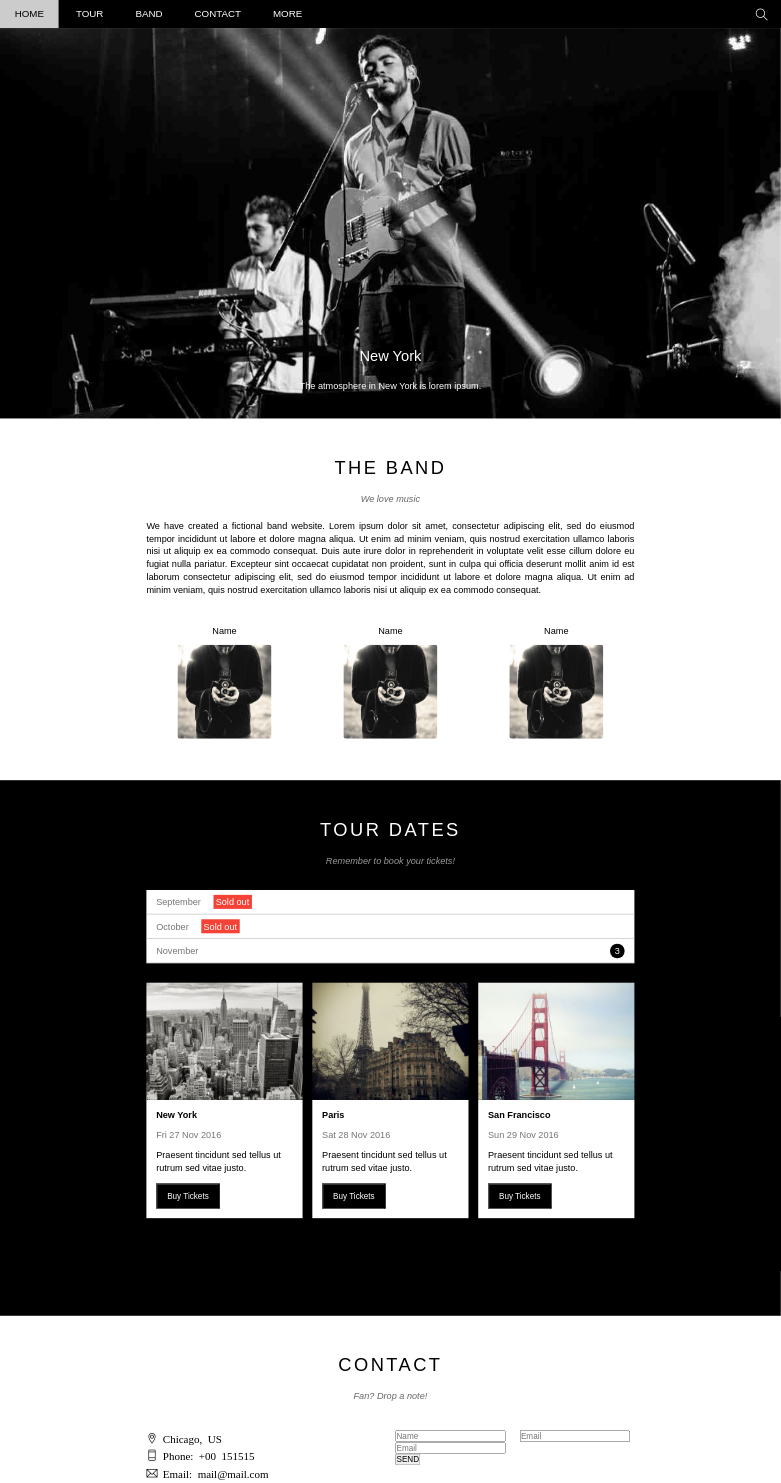
Repository: duyhung0311/band_music
Page: index.html
These files come from the project's save history. The page is drawn as it stood at one moment and after the next save; the edit follows.
The browser window is 1280 px wide. The pictures show the whole page, at 61% of full size.

Above is the page before, as saved 2021-08-15 12:30:18.

### index.html
<!DOCTYPE html>
<html lang="en">
  <head>
    <meta charset="UTF-8" />
    <meta http-equiv="X-UA-Compatible" content="IE=edge" />
    <meta name="viewport" content="width=device-width, initial-scale=1.0" />
    <title>Document</title>
    <link rel="stylesheet" href="assets/css/style.css" />
    <link
      rel="stylesheet"
      href="./assets/fonts/themify-icons/themify-icons.css"
    />
  </head>
  <body>
    <div id="main">
      <div id="header">
        <!--#ul>li*5>a  -->
        <!-- Begin : Nav -->
        <ul id="nav">
          <li><a href="">Home</a></li>
          <li><a href="">Tour</a></li>
          <li><a href="">Band</a></li>
          <li><a href="">Contact</a></li>
          <li>
            <a href="">
              More
              <i class="nav-arrow-down ti-angle-dow"></i>
            </a>
            <ul class="subnav">
              <li><a href="">Merchandise</a></li>
              <li><a href="">Extras</a></li>
              <li><a href="">Media</a></li>
            </ul>
          </li>
        </ul>
        <!-- End : Nav -->

        <!-- Begin :Search button -->
        <div class="search-btn">
          <i class="search-icon ti-search"></i>
        </div>
        <!-- End :Search button -->
      </div>

      <div id="slider">
        <div class="text-content">
          <h2 class="text-heading">New York</h2>
          <div class="text-description">
            The atmosphere in New York is lorem ipsum.
          </div>
        </div>
      </div>

      <div id="content">
        <!-- About section -->
        <div class="content-section">
          <h2 class="section-heading">THE BAND</h2>
          <p class="section-sub-heading">We love music</p>
          <p class="about-content">
            We have created a fictional band website. Lorem ipsum dolor sit
            amet, consectetur adipiscing elit, sed do eiusmod tempor incididunt
            ut labore et dolore magna aliqua. Ut enim ad minim veniam, quis
            nostrud exercitation ullamco laboris nisi ut aliquip ex ea commodo
            consequat. Duis aute irure dolor in reprehenderit in voluptate velit
            esse cillum dolore eu fugiat nulla pariatur. Excepteur sint occaecat
            cupidatat non proident, sunt in culpa qui officia deserunt mollit
            anim id est laborum consectetur adipiscing elit, sed do eiusmod
            tempor incididunt ut labore et dolore magna aliqua. Ut enim ad minim
            veniam, quis nostrud exercitation ullamco laboris nisi ut aliquip ex
            ea commodo consequat.
          </p>

          <div class="row members-list">
            <div class="col col-third text-center">
              <p class="member-name">Name</p>
              <img
                src="./assets/img/ban/member1.jpg"
                alt=""
                class="member-avatar"
              />
            </div>

            <div class="col col-third text-center">
              <p class="member-name">Name</p>
              <img
                src="./assets/img/ban/member1.jpg"
                alt=""
                class="member-avatar"
              />
            </div>

            <div class="col col-third text-center">
              <p class="member-name">Name</p>
              <img
                src="./assets/img/ban/member1.jpg"
                alt=""
                class="member-avatar"
              />
            </div>

            <div class="clear"></div>
          </div>
        </div>

        <!-- Tour section -->
        <div class="tour-section">
          <div class="content-section">
            <h2 class="section-heading text-white">TOUR DATES</h2>
            <p class="section-sub-heading text-white">
              Remember to book your tickets!
            </p>

            <!-- Ticket list -->
            <ul class="ticket-list">
              <li>September <span class="sold-out">Sold out</span></li>
              <li>October <span class="sold-out">Sold out</span></li>
              <li>November <span class="quantity">3</span></li>
            </ul>

            <!-- Place list -->
            <div class="row places-list">
              <div class="col col-third">
                <img
                  src="./assets//img/place/place1.jpg"
                  alt="New York"
                  class="place-img"
                />
                <div class="place-body">
                  <h3 class="place-heading">New York</h3>
                  <p class="place-time">Fri 27 Nov 2016</p>
                  <p class="place-description">
                    Praesent tincidunt sed tellus ut rutrum sed vitae justo.
                  </p>
                  <button class="place-buy-btn js-buy-ticket">
                    Buy Tickets
                  </button>
                </div>
              </div>

              <div class="col col-third">
                <img
                  src="./assets//img/place/place2.jpg"
                  alt="Paris"
                  class="place-img"
                />
                <div class="place-body">
                  <h3 class="place-heading">Paris</h3>
                  <p class="place-time">Sat 28 Nov 2016</p>
                  <p class="place-description">
                    Praesent tincidunt sed tellus ut rutrum sed vitae justo.
                  </p>
                  <button class="place-buy-btn js-buy-ticket">
                    Buy Tickets
                  </button>
                </div>
              </div>
              <div class="col col-third">
                <img
                  src="./assets//img/place/place3.jpg"
                  alt="San Francisco"
                  class="place-img"
                />
                <div class="place-body">
                  <h3 class="place-heading">San Francisco</h3>
                  <p class="place-time">Sun 29 Nov 2016</p>
                  <p class="place-description">
                    Praesent tincidunt sed tellus ut rutrum sed vitae justo.
                  </p>
                  <button class="place-buy-btn js-buy-ticket">
                    Buy Tickets
                  </button>
                </div>
              </div>
              <div class="clear"></div>
            </div>
          </div>
        </div>

        <!-- Tour section -->
        <div class="content-section">
          <h2 class="section-heading">CONTACT</h2>
          <p class="section-sub-heading">Fan? Drop a note!</p>
          <div class="row contact-content">
            <div class="col col-half contact-info">
              <p><i class="ti-location-pin"> Chicago, US </i></p>
              <p><i class="ti-mobile"> Phone: +00 151515 </i></p>
              <p><i class="ti-email"> Email: mail@mail.com </i></p>
            </div>
            <div class="col col-half  contact-form">
              <form action="">
                <div class="row">
                  <div class="col col-half">
                    <input
                      type="text"
                      name=""
                      id=""
                      placeholder="Name"
                      class="form-control"
                    />
                  </div>
                  <div class="col col-half">
                    <input
                      type="email"
                      name=""
                      id=""
                      placeholder="Email"
                      class="form-control"
                    />
                  </div>
                </div>
                <div class="row">
                   <div class="col col-full">
                    <input
                      type="email"
                      name=""
                      id=""
                      placeholder="Email"
                      class="form-control"
                    />
                  </div>
                </div>
                <input type="submit" value="SEND">
              </form>
            </div>
          </div>
        </div>
      </div>

      <div id="footer"></div>
    </div>
    <div class="modal js-modal">
      <div class="modal-container js-modal-container">
        <div class="modal-close js-modal-close">
          <i class="ti-close"></i>
        </div>
        <header class="modal-header">
          <i class="modal-heading-icon ti-bag"></i>
          Tickets
        </header>
        <div class="modal-body">
          <label for="ticket-quantity" class="modal-label">
            <i class="ti-shopping-cart"></i>
            Tickets, $15 per person
          </label>
          <input
            id="quantity"
            type="text"
            placeholder="How many?"
            class="modal-input"
          />

          <label for="email" class="modal-label">
            <i class="ti-user"></i>
            Send To
          </label>
          <input
            id="email"
            type="text"
            placeholder="Email"
            class="modal-input"
          />
          <button id="buy-tickets">Pay <i class="ti-check"></i></button>
        </div>
        <footer class="modal-footer">
          <p class="modal-help">Need <a href="">help?</a></p>
        </footer>
      </div>
    </div>
    <script>
      const buyBtns = document.querySelectorAll(".js-buy-ticket");
      const modal = document.querySelector(".modal");
      const modalClose = document.querySelector(".js-modal-close");
      const modalContainer = document.querySelector(".js-modal-container");
      // Hàm hiển thị modal
      function showBuyTickets() {
        modal.classList.add("open");
      }
      // Hàm ẩn đi modal mua vé
      function showCloseTickets() {
        modal.classList.remove("open");
      }
      for (const buyBtn of buyBtns) {
        buyBtn.addEventListener("click", showBuyTickets);
      }
      modalClose.addEventListener("click", showCloseTickets);
      modal.addEventListener("click", showCloseTickets);
      modalContainer.addEventListener("click", function (event) {
        event.stopPropagation();
      });
    </script>
  </body>
</html>

### assets/css/style.css
/*Reset CSS*/
* {
  padding: 0;
  margin: 0;
  box-sizing: border-box;
}
html {
  font-family: Arial, Helvetica, sans-serif;
}
/*
    1. Từ ngoài vào trong
    2. Từ trên xuống dưới
    3. Từ tổng quan đến chi tiết
*/
/*
    1. Vị trí
    2. Kích thước (width height)
    3. Màu sắc
    4. Kiểu dáng (kiểu chữ, hình tròn, vuông, ....)
*/
.clear{
    clear: both;
}
.text-center {
    text-align: center !important;
}
.text-white {
    color: #fff !important;
}

#main {
}
#header {
  position: fixed;
  top: 0;
  left: 0;
  right: 0;
  z-index: 1;
  height: 46px;
  background-color: #000;
}

#nav {
  display: inline-block;
}

/* cách bỏ dấu chấm đầu dòng của thằng ul */
#nav,
.subnav {
  list-style-type: none;
}

#nav > li {
  display: inline-block;
}
#nav li {
  /* inline là trên 1 hàng block giữ lại kích thước khối */
  position: relative;
}

#nav > li > a {
  color: #fff;
  text-transform: uppercase;
}

#nav li a {
  text-decoration: none;
  line-height: 46px;
  padding: 0 24px;
  display: block;
  /* inline k tính chiều cao và chiều rộng được */
}

#nav li:hover .subnav {
  display: block;
}

#nav > li:hover > a,
#nav .subnav li:hover a {
  color: #000;
  background-color: #ccc;
}

#nav .subnav {
  display: none;
  min-width: 160px;
  position: absolute;
  top: 100%;
  /* top = 100% là nó lấy chính chiều cao
    100% của chính nó */
  left: 0;
  background-color: #fff;
  box-shadow: 0 0 10px rgba(0, 0, 0, 0.3);
}

#nav .subnav a {
  color: #000;
  padding: 0 12px;
  line-height: 38px;
}

#nav .nav-arrow-down {
  font-size: 14px;
}

#header .search-btn {
  float: right;
  padding: 0 21px;
  cursor: pointer;
}

#header .search-btn:hover {
  background-color: #f44336;
}

#header .search-icon {
  color: #fff;
  font-size: 20px;
  line-height: 46px;
}

#slider {
    position: relative;
    margin-top: 46px;
    padding-top: 50%;
    background:url('./../img/slider/slider1.jpg') top center / cover no-repeat;
}
#slider .text-content   {
    position: absolute;
    bottom: 46px;
    left: 50%;
    color: #fff;
    transform: translateX(-50%);
    text-align: center;
}

#slider .text-heading   {
    font-weight: 500;
    font-size: 24px;
}

#slider .text-description   {
    font-size: 15px;
    margin-top: 25px;
}

#content {

}

#content .content-section{
    width: 800px;
    margin: 0 auto;
    padding: 64px 0;
}

#content .section-heading {
    font-size: 30px;
    font-weight: 500;
    letter-spacing: 4px;
}

#content .section-sub-heading,
#content .about-content {
    margin-top: 25px;
    font-size: 15px;
}

#content .section-heading,
#content .section-sub-heading {
    text-align: center;
}

#content .section-sub-heading {
    font-style: italic;
    opacity: 0.6;
}

#content .about-content {
    text-align: justify;
    line-height: 1.4;
}

#content .members-list {
    margin-top: 48px;
    /* overflow: hidden; */
}

#content .member-item {
    text-align: center;
}

#content .member-name {
    font-size: 15px;
}

#content .member-avatar {
    width: 154px;
    margin-top:15px;
    border-radius: 4px;
}
/* Tour section */
.tour-section {
    background: #000;
}

.ticket-list li {
    color: #757575;
    font-size: 15px;
    padding: 11px 16px;
    border-bottom: 1px solid #bbb;
    list-style-type: none;
}

.ticket-list {
    background:#fff;
    margin-top: 40px;
}


.ticket-list .sold-out {
    color: #fff;
    background: #f44336;
    padding: 3px 4px;
    margin-left: 16px;
}

.ticket-list .quantity {
    float: right;
    margin-top: -3px;
    width: 24px;
    height: 24px;
    background:#000;
    color: #fff;
    border-radius: 50%;
    text-align: center;
    line-height: 24px;
}
.places-list{
    margin-top: 32px;
    margin-bottom: 48px;
    padding-bottom: 48px;
}

/* .places-list .place-item{ */
    /* float: left;
    padding: 0 8px; */
    /* width: calc(100%/3); */
/* } */
.places-list .place-img{
    width: 100%;
    display: block;
}
.places-list .place-img:hover{
    opacity: 0.6;
}
.places-list .place-body{
    padding: 16px;
    background-color: #fff;
    font-size: 15px;
}
.place-body .place-heading{
    font-size: 15px;
    font-weight:600;
}
.place-body .place-time{
    margin-top: 15px;
    color: #757575;
}
.place-body .place-description{
    margin-top: 15px;
    line-height: 1.4;
}
.place-body .place-buy-btn{
    color: #fff;
    background :#000;
    text-decoration: none;
    padding:11px 16px;
    display: inline-block;
    margin-top: 15px;
}
.place-body .place-buy-btn:hover{
    color: #000;
    background: #ccc;
}
/* Footer section */
#footer {
}
.modal{
    position: fixed;
    top: 0;
    bottom: 0;
    left: 0;
    right: 0;
    background: rgba(0,0,0,0.3);
    display: none;
    align-items: center;
    justify-content: center;
}
.modal.open {
    display: flex;
}
.modal .modal-container {
    background: #fff;
    width: 900px;
    min-height: 200px;
    max-width: calc(100% - 32px);
    animation: modalFadeIn ease-in .5s;
}
.modal .modal-header{
    background: #009688;
    height: 130px;
    display: flex;
    align-items: center;
    justify-content: center;
    font-size: 30px;
    color: #fff;
}
.modal-header .modal-heading-icon {
    margin-right: 16px;
}
.modal .modal-container {
    position: relative;
}
.modal-container .modal-close {
    position: absolute;
    top: 0;
    right: 0;
    padding: 12px;
    cursor: pointer;
    opacity: 0.9;
}
.modal-container .modal-close:hover {
    opacity: 1;
}
.modal-container .modal-body {
    padding: 16px;
}
.modal-body .modal-label {
    display: block;
    font-size: 15px;
    margin-bottom: 12px;
}
.modal-body .modal-input {
    border:1px solid #ccc;
    width: 100%;
    padding: 10px;
    font-size: 15px;
    margin-bottom: 24px;
}
.modal-body #buy-tickets{
      background: #009688;
      border: none;
      color:#fff;
      width: 100%;
      text-transform: uppercase;
      padding:18px;
      cursor: pointer;
}
.modal-body #buy-tickets:hover {
    opacity: 0.9;
}
.modal-footer{
    padding: 16px;
    text-align: right;
}
.modal-footer a {
    color: #2196f3;
}
.row {
    margin-left: -8px;
    margin-right: -8px;
}
.col {
    padding-left: 8px;
    padding-right: 8px;
    float: left;
}
.col-third {
    width:calc(100% / 3)
}
.col-half {
    width:50%;
}
.col-full {
    width:100%;
}
.contact-content{
    margin-top: 48px;
}
.contact-info {
    font-size: 18px;
    line-height: 1.6;
}
.contact-info i[class*="ti-"]  {
    width: 30px;
}
.contact-form{
    font-size: 15px;
}
@keyframes modalFadeIn {
    from {
        transform: translateY(-140px);
        opacity: 0;
    }
    to {
        transform: translateY(0);
        opacity: 1;
    }
}

Loaded but not shown: assets/fonts/themify-icons/themify-icons.css (common file)

After the next save:
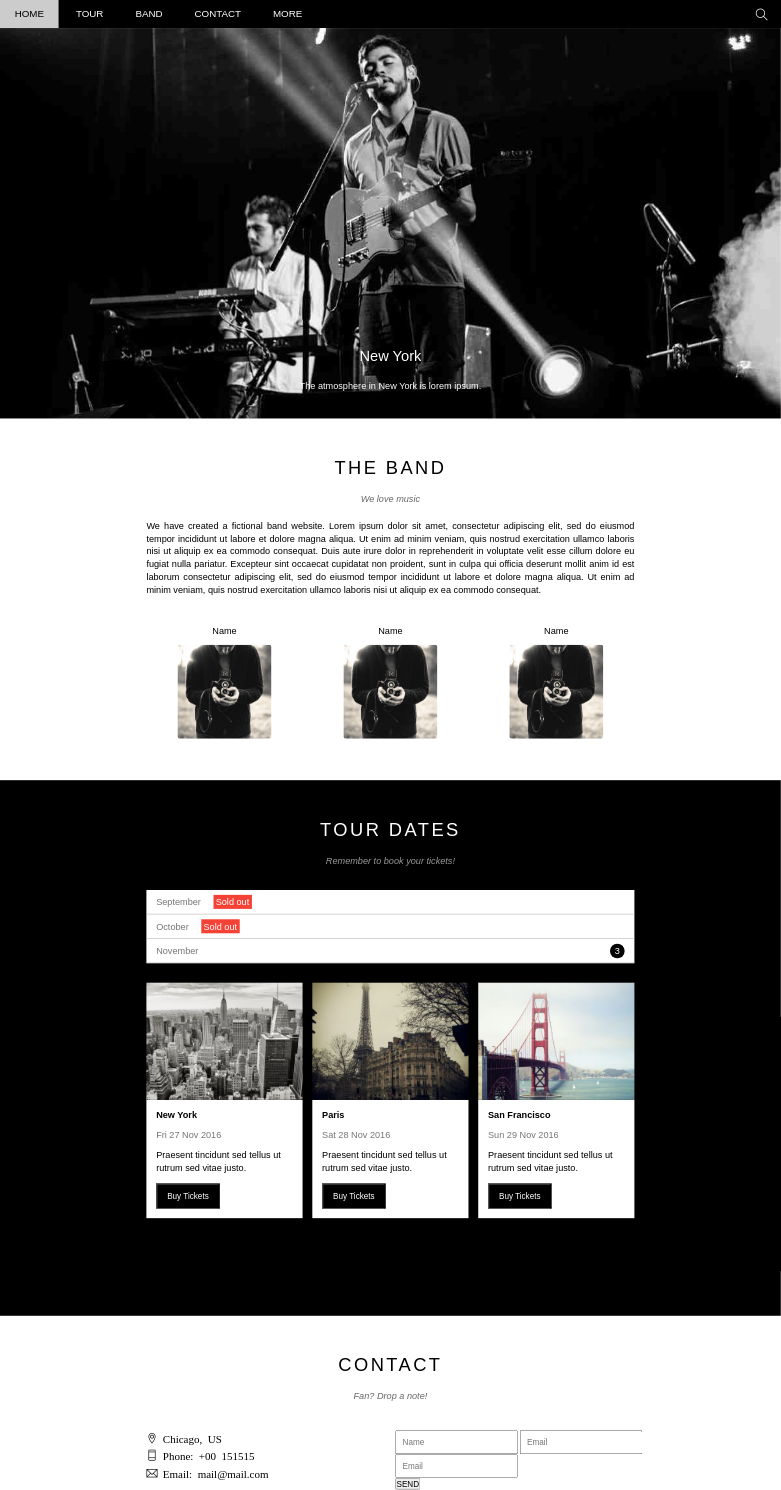
Saved 89 s later.
--- a/assets/css/style.css
+++ b/assets/css/style.css
@@ -398,6 +398,9 @@
 .contact-form{
     font-size: 15px;
 }
+.contact-form .form-control {
+    padding : 10px
+}
 @keyframes modalFadeIn {
     from {
         transform: translateY(-140px);
